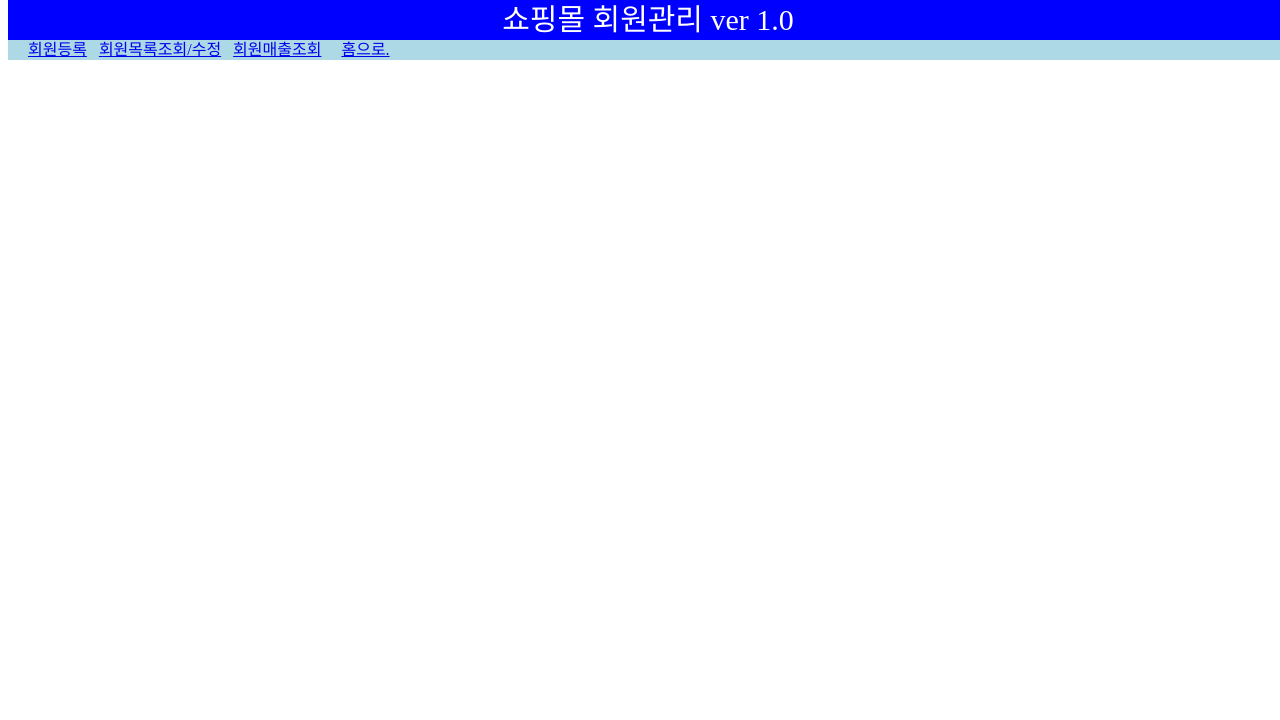
Repository: YeoJeongmo/hrdKorea
Page: http://localhost/hrd_01/modify.jsp
The author's editor kept a copy of each file at every save. The page is drawn from the files as they stood at one save, then again after the next save.
The browser window is 1280 px wide. The pictures show the whole page.
The page is served by Tomcat 9. Other server files are loaded and not shown.

Above is the page before, as saved 2024-08-22 04:42:32.

### hrd_01/src/main/webapp/modify.jsp
<%@ page language="java" contentType="text/html; charset=UTF-8"
    pageEncoding="UTF-8"%>
<!DOCTYPE html>
<html>
<head>
<meta charset="UTF-8">
<title>modify</title>
</head>
<body>

<jsp:include page="header.jsp"></jsp:include>



</body>
</html>

### hrd_01/src/main/webapp/header.jsp
<%@ page language="java" contentType="text/html; charset=UTF-8"
    pageEncoding="UTF-8"%>
<!DOCTYPE html>
<html>
<head>
<meta charset="UTF-8">
<title>header</title>
</head>
<body>
<header style="position:fixed;
				top:0px;
				width: 100%;
				height:40px;
				background-color: blue;
				color: white;
				text-align: center;
				line-height: 40px;
				font-size: 30px;
				"> 쇼핑몰 회원관리 ver 1.0
</header>

<nav style="position: fixed;
			top:40px;
			width: 100%;
			height: 20px;
			background-color: lightblue;
			color: white;
			text-align: left;
			line-height: 20px;
			padding-left: 20px;
			">
<a href="join.jsp">회원등록</a>&nbsp;&nbsp;
<a href="list.jsp">회원목록조회/수정</a>&nbsp;&nbsp;
<a href="salary.jsp">회원매출조회</a>&nbsp;&nbsp;&nbsp;&nbsp;
<a href="index.jsp">홈으로.</a>
</nav>


</body>
</html>

### hrd_01/src/main/webapp/footer.jsp
<%@ page language="java" contentType="text/html; charset=UTF-8"
    pageEncoding="UTF-8"%>
<!DOCTYPE html>
<html>
<head>
<meta charset="UTF-8">
<title>footer</title>
</head>
<body>
<footer style="position: fixed;
				bottom: 0px;
				width: 100%;
				height:40px;
				background-color: blue;
				color: white;
				text-align: center;
				line-height: 40px;
				font-size: 15px;
">HRDKOREA Copyrightⓒ2016 All rights reseved. Human Resources Development Service of Korea.
</footer>
</body>
</html>

After the next save:
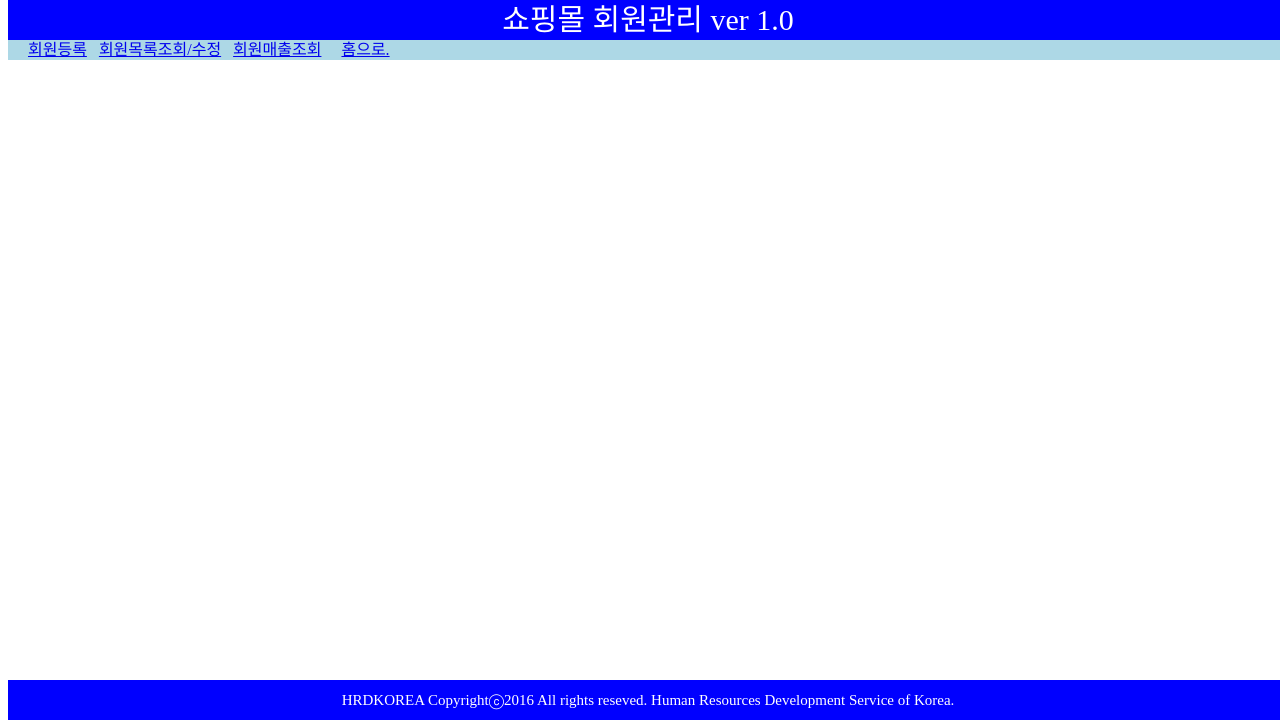
Saved 29 s later.
--- a/hrd_01/src/main/webapp/modify.jsp
+++ b/hrd_01/src/main/webapp/modify.jsp
@@ -11,6 +11,7 @@
 <jsp:include page="header.jsp"></jsp:include>
 
 
+<jsp:include page="footer.jsp"></jsp:include>
 
 </body>
 </html>
